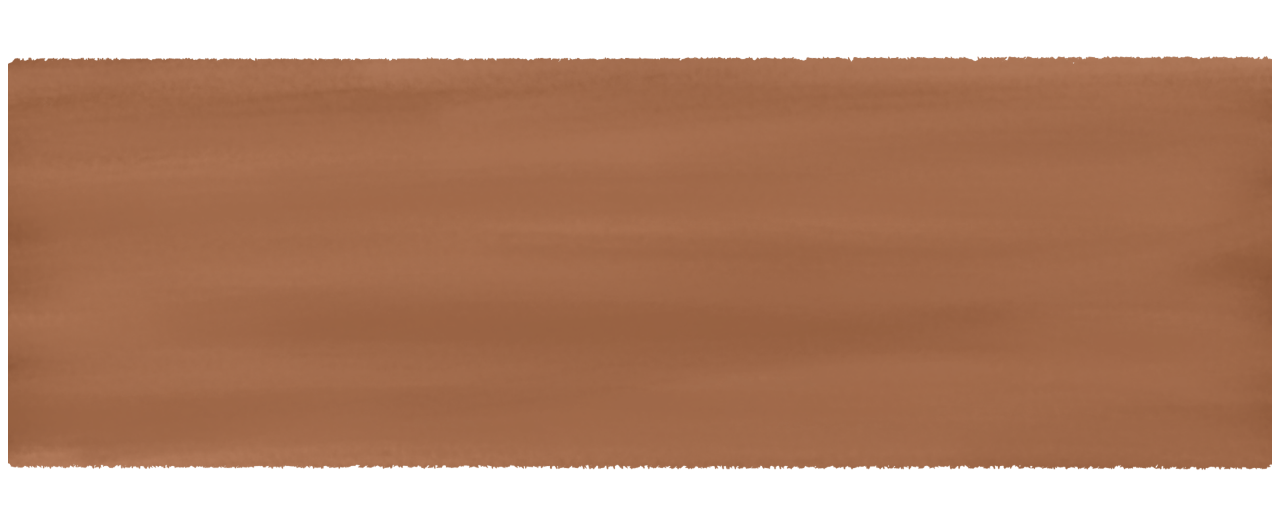
Repository: AlyssaHug/Bandit-Breakout
Page: index.html
These files come from the project's save history. The page is drawn as it stood at one moment and after the next save; the edit follows.
The browser window is 1280 px wide. The pictures show the whole page.
Some web fonts or font styles are not loaded; a fallback is used.

Above is the page before, as saved 2025-05-06 22:37:50.

After the next save:
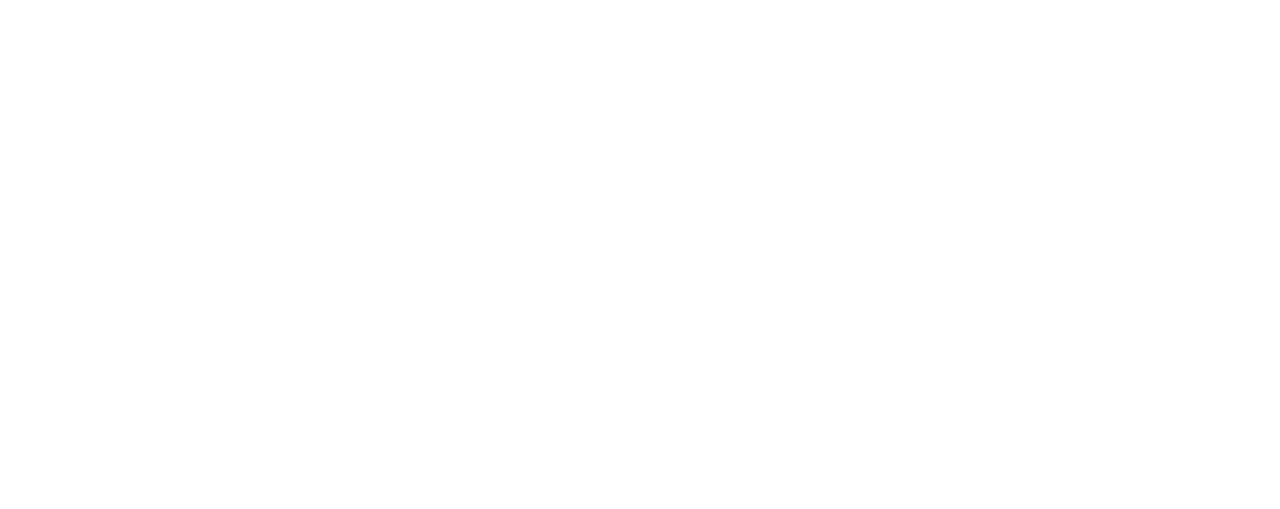
Saved 5 s later.
--- a/styles.css
+++ b/styles.css
@@ -26,7 +26,7 @@
     background-size: cover;
     background-repeat: no-repeat;
     background-position: center;
-    min-height: 500px;
+
     width: 100%;
     margin: 0;
     padding: 0;

After the 2 saves that followed:
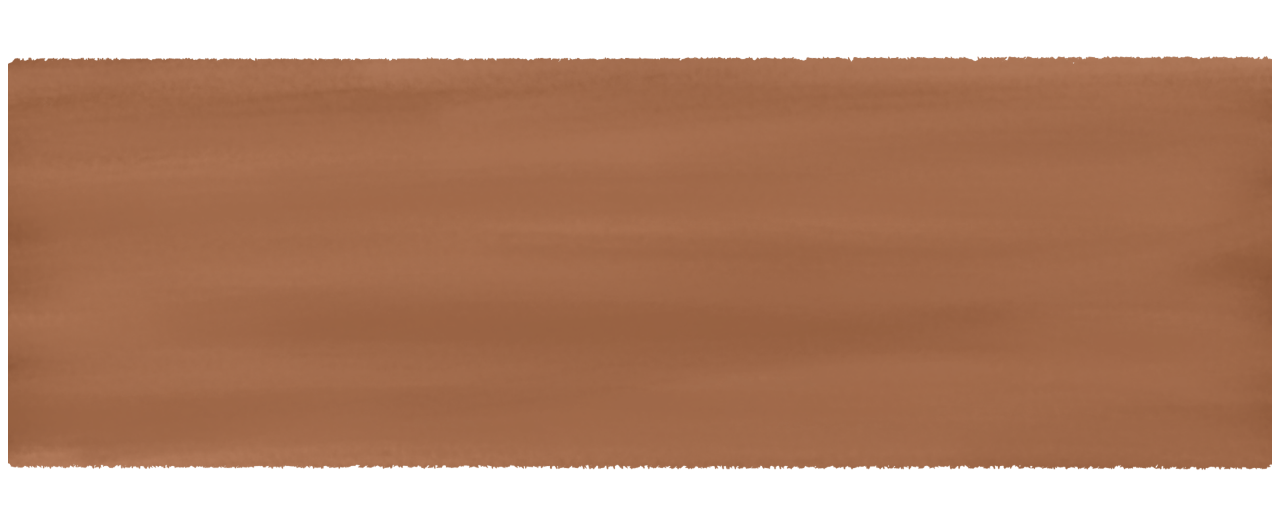
The 2 saves are shown as one change because 1 left the picture as it was.
The last was saved 17 s later.
--- a/styles.css
+++ b/styles.css
@@ -26,7 +26,7 @@
     background-size: cover;
     background-repeat: no-repeat;
     background-position: center;
-
+    min-height: 500px;
     width: 100%;
     margin: 0;
     padding: 0;
